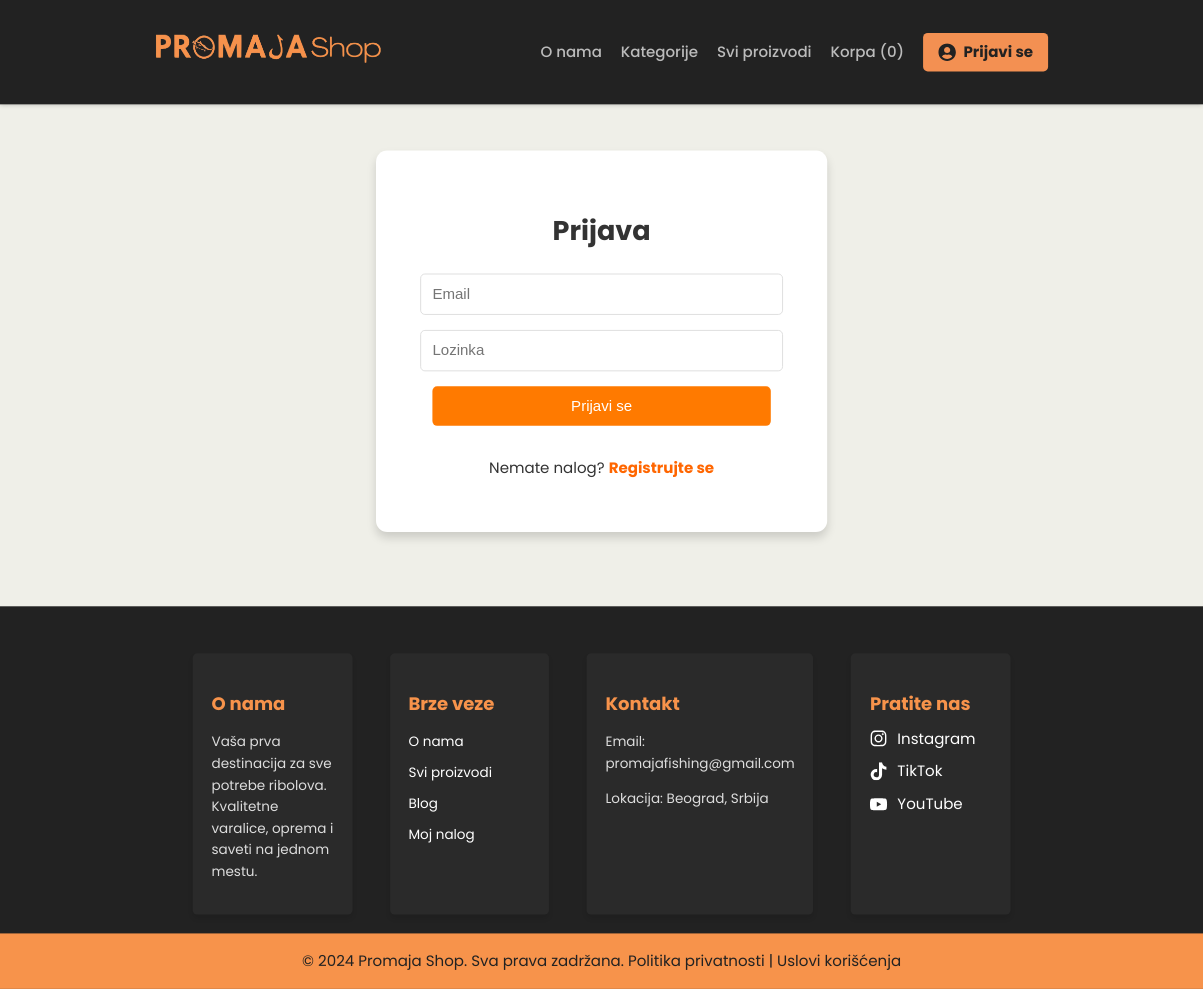
Repository: dimitrijekokovic/PromajaShopFront
Page: /login
These files come from the project's save history. The page is drawn as it stood at one moment and after the next save; the edit follows.
The browser window is 1280 px wide. The pictures show the whole page, at 94% of full size.
The page's requests for data from a server got no answer. The project was rebuilt for these pictures with package versions that can differ from the ones it lists, and the page was loaded fresh each time. The framework's server and built-in components were replaced by stand-ins that run in the browser. No one was signed in, and anything a server would have sent is missing. Also part of the build but not shown: next.config.js, next.config.mjs.

Above is the page before, as saved 2025-02-24 16:52:26.

After the next save:
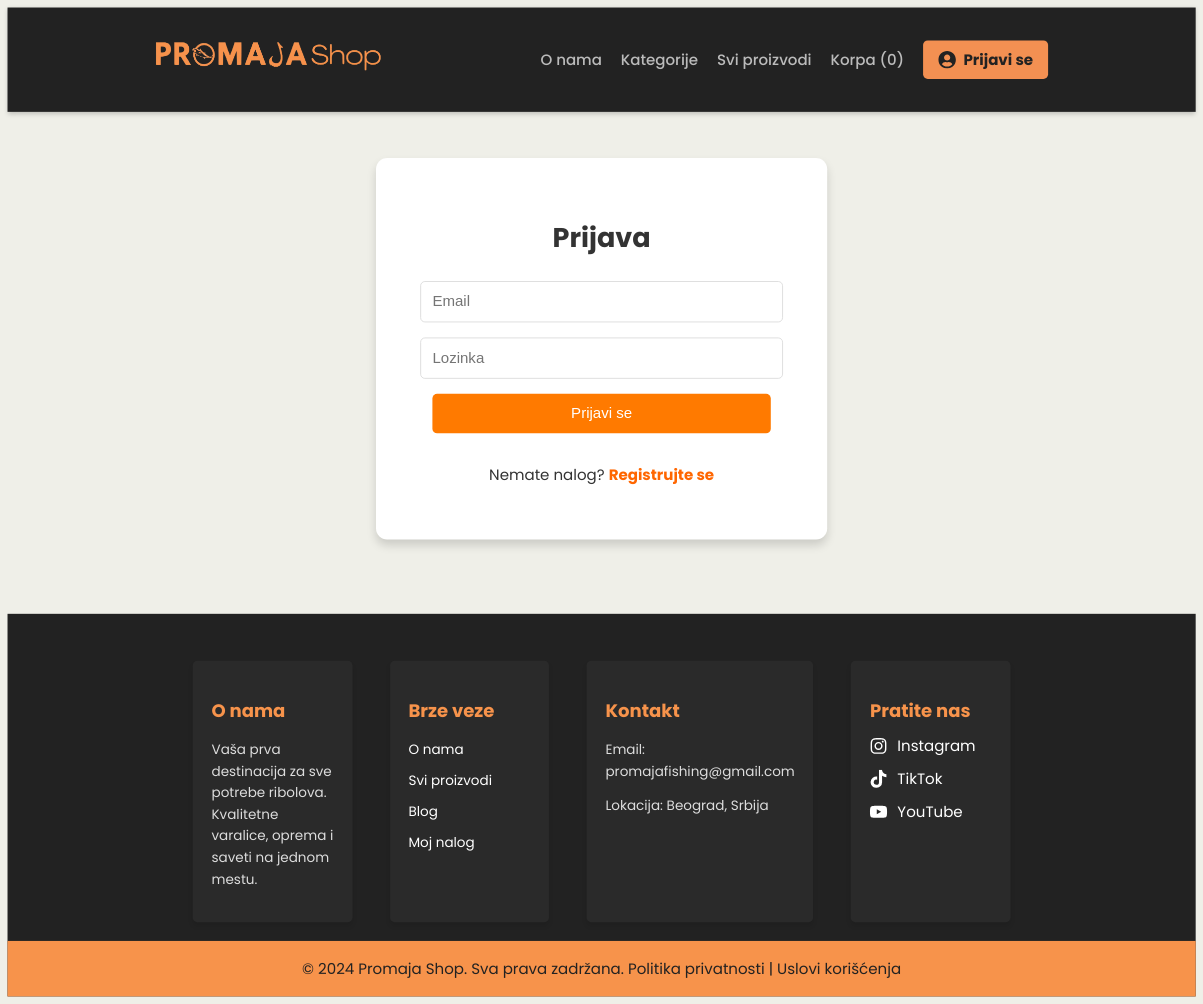
Saved 108 s later.
--- a/pages/_app.js
+++ b/pages/_app.js
@@ -10,8 +10,6 @@ import { createGlobalStyle } from "styled-components";
 const GlobalStyles = createGlobalStyle`
   body {
     background-color: #EFEFE8;
-    padding: 0;
-    margin: 0;
     font-family: 'Poppins', sans-serif;
   }
 `;
